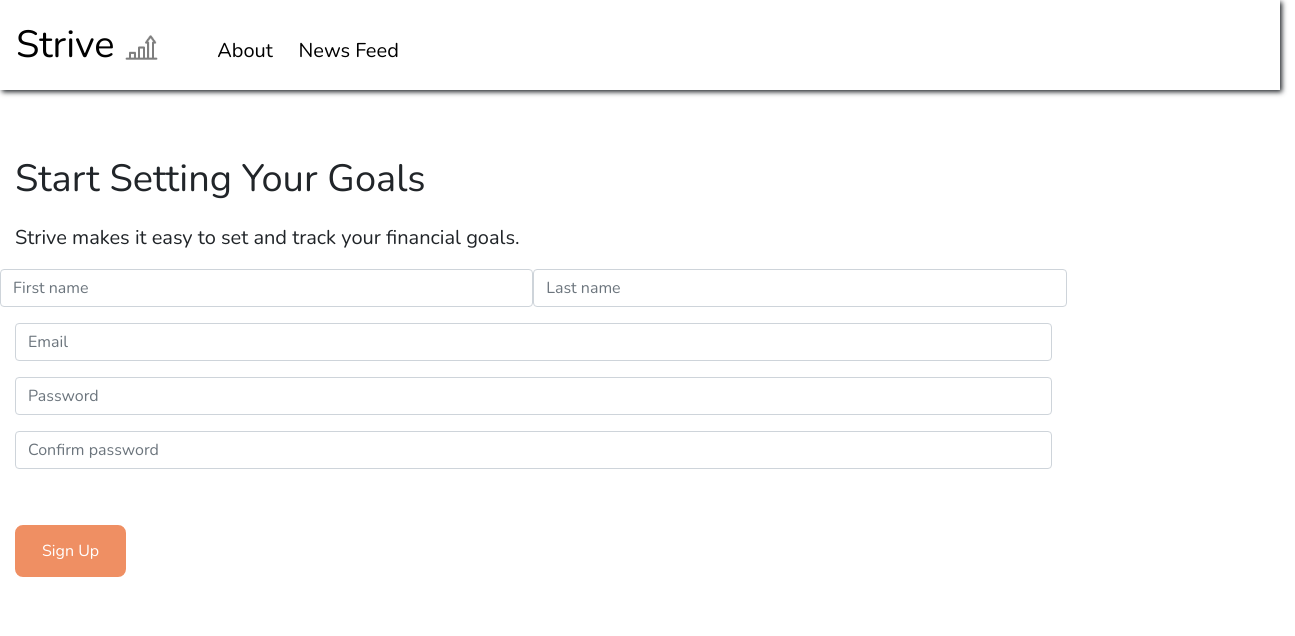
Repository: NoraOK/Strive
Page: http://localhost/strive/WEB-INF/strive/register.jsp
The author's editor kept a copy of each file at every save. The page is drawn from the files as they stood at one save, then again after the next save.
The browser window is 1280 px wide. The page is 1280 px wide, then 1295 px, so the pictures cover 1295 px, including what lies to the right of the window. The pictures show the whole page.
The page is served by Tomcat 9. Nobody is signed in. Other server files are loaded and not shown. The template is opened directly, without the code that normally fills it, so the values that code supplies are empty.

Above is the page before, as saved 2019-12-18 19:55:50.

### strive/src/main/webapp/WEB-INF/strive/register.jsp
<%@ page language="java" contentType="text/html; charset=UTF-8"
    pageEncoding="UTF-8"%>
<%@ taglib prefix="form" uri="http://www.springframework.org/tags/form"%>
<!DOCTYPE html>
<html>
<head>
<meta charset="UTF-8">
<title>Strive | Sign Up</title>
	<link rel="stylesheet" href="https://stackpath.bootstrapcdn.com/bootstrap/4.3.1/css/bootstrap.min.css" integrity="sha384-ggOyR0iXCbMQv3Xipma34MD+dH/1fQ784/j6cY/iJTQUOhcWr7x9JvoRxT2MZw1T" crossorigin="anonymous">
	<link href="/css/register.css" rel="stylesheet" type="text/css"/>
	<link href="https://fonts.googleapis.com/css?family=Nunito&display=swap" rel="stylesheet">
</head>
<body>
	<div>
		<jsp:include page="headerNoLogout.jsp"/>
	</div>
	<div class="body col-10">
		<p class="slogan">Start Setting Your Goals</p>
		<p class="about">Strive makes it easy to set and track your financial goals.</p>

    	<form:form method="POST" action="/registration" modelAttribute="user">
    		<p class="row">
	            <form:errors path="firstName"/>
	            <form:input path="firstName" class="col form-control" placeholder="First name"/>
	            <form:errors path="lastName"/>
	            <form:input path="lastName" class="col form-control" placeholder="Last name"/>
	        </p>
	        <p>
	            <p style="color:red;"><form:errors path="email"/></p>
	            <form:input path="email" class="form-control" placeholder="Email"/>
	        </p>
	        <p>
	            <p style="color:red;"><form:errors path="password"/></p>
	            <form:password path="password" class="form-control" placeholder="Password"/>
	        </p>
	        <p>
	            <p style="color:red;"><form:errors path="passwordConfirmation"/></p>
	            <form:password path="passwordConfirmation" class="form-control" placeholder="Confirm password"/>
	        </p>
	        <input type="submit" value="Sign Up" class="sign_up"/>
    	</form:form>
	</div>
</body>
</html>

### strive/src/main/webapp/WEB-INF/strive/headerNoLogout.jsp
<%@ page language="java" contentType="text/html; charset=UTF-8"
    pageEncoding="UTF-8"%>
<!DOCTYPE html>
<html>
<head>
<meta charset="UTF-8">
<title>Insert title here</title>
	<link rel="stylesheet" href="https://stackpath.bootstrapcdn.com/bootstrap/4.3.1/css/bootstrap.min.css" integrity="sha384-ggOyR0iXCbMQv3Xipma34MD+dH/1fQ784/j6cY/iJTQUOhcWr7x9JvoRxT2MZw1T" crossorigin="anonymous">
	<link href="/css/header.css" rel="stylesheet" type="text/css"/>
	<link href="https://fonts.googleapis.com/css?family=Nunito&display=swap" rel="stylesheet">
</head>
<body>
	<header class="p-3">
		<div class="logo d-inline">
			<a href="/" class="d-inline home_button">Strive <img class="header_img" src="/images/icon2.png" alt=""></a>
			<div class="d-inline links pl-5">
				<a class="d-inline link" href="">About</a>
				<a class="d-inline link pl-3" href="">News Feed</a>
			</div>
		</div>
	</header>
</body>
</html>

### strive/src/main/resources/static/css/register.css
.body{
	padding-top: 150px;
	font-family: 'Nunito', sans-serif;
	background-color:
}


.slogan{
	font-size: 38px;
	font-weight: light;
}

.about{
	font-size: 20px;
}



/* ------------------------------------- */
/*           Sign up button              */
/* ------------------------------------- */


.sign_up{
	border:2px solid #EF8F63 ;
	border-radius: 8px;
	background-color: #EF8F63;
	padding: 12px 25px;
	color: white;
}

.sign_up:hover{
	border:2px solid #F9AD86 ;
	border-radius: 8px;
	background-color: #F9AD86;
	padding: 12px 25px;
	color: white;
}
input[type=submit]{
	margin-top: 40px;
}

### strive/src/main/resources/static/css/header.css
header{
	box-shadow: 2px 2px 5px;
	height: 90px;
	z-index: 10;
    position: fixed;
    width: 100%;
    font-family:'Nunito', sans-serif;
    background-color: white;
}

.logo{
	font-size: 38px;

}
.header_img{
	background-color: white;
	width: 35px;
	opacity: .5;
}

.button{
	font-size: 17px;
	color: black;
}

.link {
	font-size: 20px;
	color: black;
}

a:link {
  text-decoration: none;
}

a:visited {
  text-decoration: none;
}

a:hover {
  text-decoration: none;
}

.logout_button{
	border: solid 1.5px #F9AD86;
	border-radius: 8px;
	padding:  8px;
	color: black;
}

.logout_button:hover {
	background-color: #F9AD86;
	color: white;
}

.buttons{
	margin-left: 60%;
}

.home_button{
	color: black;
}

After the next save:
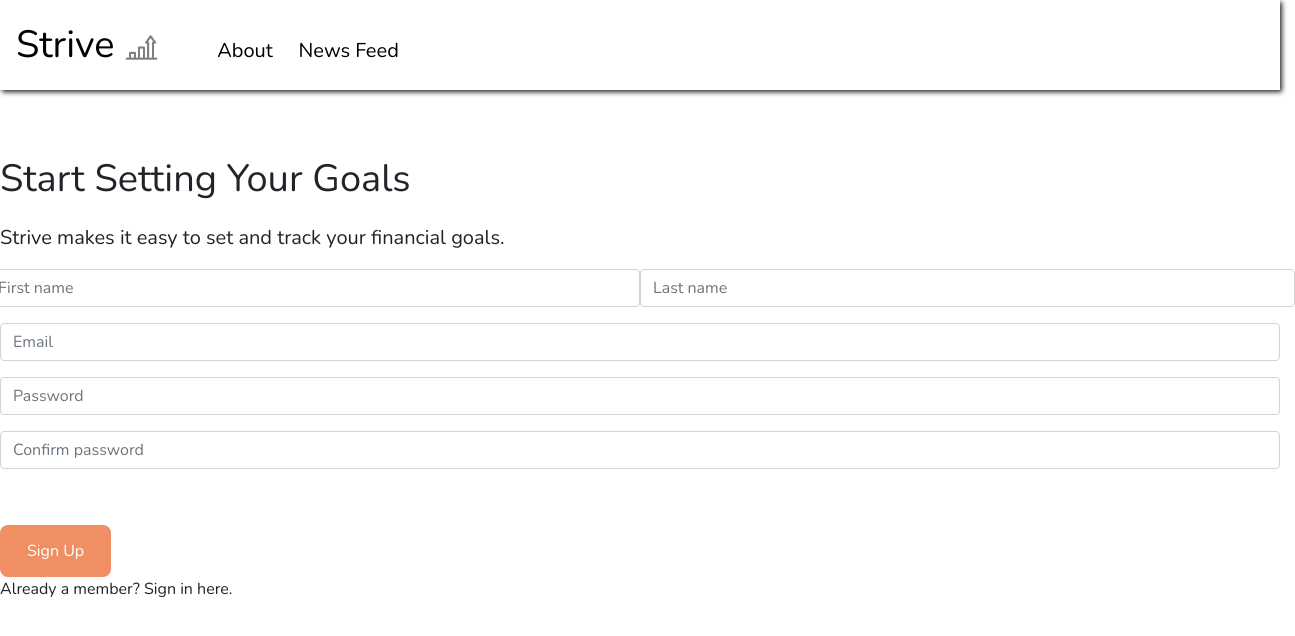
Saved 102 s later.
--- a/strive/src/main/webapp/WEB-INF/strive/register.jsp
+++ b/strive/src/main/webapp/WEB-INF/strive/register.jsp
@@ -14,7 +14,7 @@
 	<div>
 		<jsp:include page="headerNoLogout.jsp"/>
 	</div>
-	<div class="body col-10">
+	<div class="body">
 		<p class="slogan">Start Setting Your Goals</p>
 		<p class="about">Strive makes it easy to set and track your financial goals.</p>
 
@@ -38,6 +38,7 @@
 	            <form:password path="passwordConfirmation" class="form-control" placeholder="Confirm password"/>
 	        </p>
 	        <input type="submit" value="Sign Up" class="sign_up"/>
+	        <p>Already a member? <a>Sign in here.</a></p>
     	</form:form>
 	</div>
 </body>
